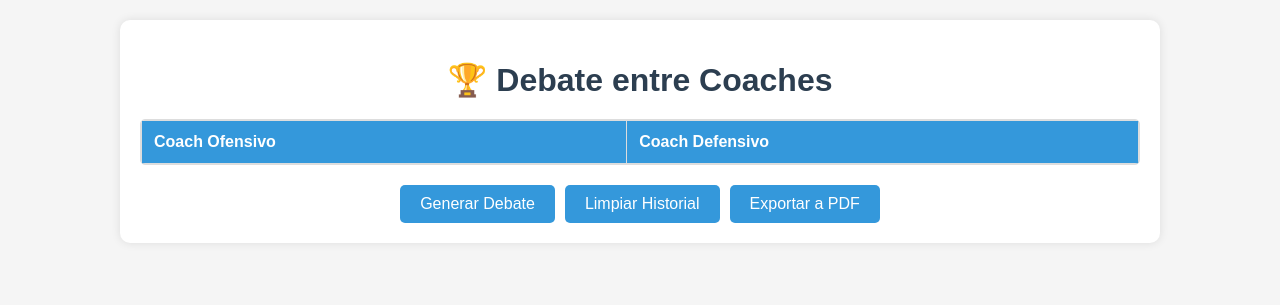
Repository: NelaDuran/DebateCrossFit
Page: index.html
An editor plug-in stored every save of this project. The page is shown before and after the next save, followed by the edit.
The browser window is 1280 px wide. The pictures show the whole page.

Above is the page before, as saved 2025-05-07 20:15:51.

### index.html
<!DOCTYPE html>
<html lang="es">

<head>
    <meta charset="UTF-8">
    <meta name="viewport" content="width=device-width, initial-scale=1.0">
    <title>Debate entre Coaches Deportivos | Gemini API</title>
    <link rel="stylesheet" href="styles.css">
</head>

<body>
    <div class="container">
        <h1>🏆 Debate entre Coaches</h1>

        <div class="debate-container">
            <table id="debate-table">
                <tr>
                    <th>Coach Ofensivo</th>
                    <th>Coach Defensivo</th>
                </tr>
                <!-- Las respuestas se agregarán aquí dinámicamente -->
            </table>
        </div>

        <div class="controls">
            <button id="btn-generar">Generar Debate</button>
            <button id="btn-limpiar">Limpiar Historial</button>
            <button id="btn-pdf">Exportar a PDF</button>
        </div>
    </div>

    <script src="script.js"></script>
</body>

</html>

### styles.css
body {
    font-family: 'Arial', sans-serif;
    background: #f5f5f5;
    margin: 0;
    padding: 20px;
}

.container {
    max-width: 1000px;
    margin: 0 auto;
    background: white;
    padding: 20px;
    border-radius: 10px;
    box-shadow: 0 0 10px rgba(0, 0, 0, 0.1);
}

h1 {
    color: #2c3e50;
    text-align: center;
    margin-bottom: 20px;
}

.debate-container {
    margin: 20px 0;
    border: 1px solid #ddd;
    border-radius: 5px;
    overflow: hidden;
}

#debate-table {
    width: 100%;
    border-collapse: collapse;
}

#debate-table th,
#debate-table td {
    padding: 12px;
    text-align: left;
    border: 1px solid #ddd;
}

#debate-table th {
    background-color: #3498db;
    color: white;
}

#debate-table tr:nth-child(even) {
    background-color: #f2f2f2;
}

.controls {
    display: flex;
    gap: 10px;
    justify-content: center;
}

button {
    padding: 10px 20px;
    background: #3498db;
    color: white;
    border: none;
    border-radius: 5px;
    cursor: pointer;
    font-size: 16px;
}

button:hover {
    background: #2980b9;
}

### script.js
document.getElementById('btn-generar').addEventListener('click', async () => {
    const debateTable = document.getElementById('debate-table');

    // Limpiamos filas anteriores (excepto cabecera)
    while (debateTable.rows.length > 1) {
        debateTable.deleteRow(1);
    }

    // Temas de debate para coaches
    const temas = [
        "¿Es mejor un enfoque ofensivo o defensivo en fútbol juvenil?",
        "¿Deben los jugadores especializarse en una posición desde jóvenes?",
        "¿Cuántas horas de entrenamiento son ideales para adolescentes?"
    ];

    for (const tema of temas) {
        // Simulamos debate con Gemini (en un caso real, llamarías a tu API)
        const respuestaOfensivo = await mockGeminiResponse(tema, "ofensivo");
        const respuestaDefensivo = await mockGeminiResponse(tema, "defensivo");

        // Añadimos filas al debate
        addDebateRow(tema, respuestaOfensivo, respuestaDefensivo);
    }
});

// Función mock para simular Gemini (reemplazar con llamada real a tu API)
async function mockGeminiResponse(tema, estilo) {
    const respuestas = {
        ofensivo: [
            "Como coach ofensivo, creo en la presión constante al rival. Ejemplo: el 'Gegenpressing' del Liverpool.",
            "La creatividad en ataque es clave. Jugadores como Messi demuestran que el riesgo vale la pena.",
            "Prefiero ganar 4-3 que empatar 0-0. El espectáculo atrae aficionados."
        ],
        defensivo: [
            "Una buena defensa gana campeonatos. Equipos como el Atlético de Madrid lo demuestran.",
            "Sin orden defensivo, no hay ataque efectivo. Primero hay que ser sólidos atrás.",
            "La paciencia es virtud. Un error defensivo puede costar el partido."
        ]
    };

    // Simulamos delay de API
    await new Promise(resolve => setTimeout(resolve, 800));
    return respuestas[estilo][Math.floor(Math.random() * respuestas[estilo].length)];
}

function addDebateRow(tema, respuestaOfensivo, respuestaDefensivo) {
    const row = document.getElementById('debate-table').insertRow();

    const cellTema = row.insertCell(0);
    const cellRespuesta = row.insertCell(1);

    cellTema.innerHTML = `<strong>Tema:</strong> ${tema}<br><br>${respuestaOfensivo}`;
    cellRespuesta.innerHTML = `<strong>Contrapunto:</strong><br><br>${respuestaDefensivo}`;
}

// Botones adicionales
document.getElementById('btn-limpiar').addEventListener('click', () => {
    const debateTable = document.getElementById('debate-table');
    while (debateTable.rows.length > 1) {
        debateTable.deleteRow(1);
    }
});

document.getElementById('btn-pdf').addEventListener('click', () => {
    alert("En una implementación real, esto exportaría a PDF usando librerías como jsPDF");
});

After the next save:
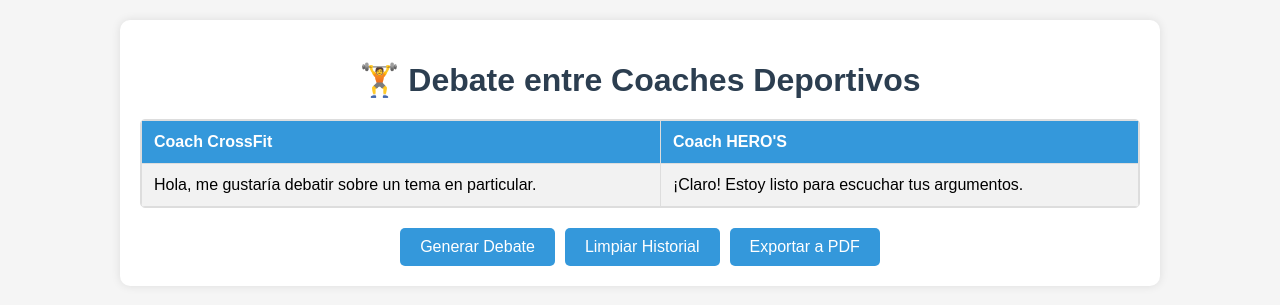
Saved 47 h 47 min later.
--- a/index.html
+++ b/index.html
@@ -1,24 +1,25 @@
 <!DOCTYPE html>
 <html lang="es">
-
 <head>
     <meta charset="UTF-8">
     <meta name="viewport" content="width=device-width, initial-scale=1.0">
-    <title>Debate entre Coaches Deportivos | Gemini API</title>
+    <title>Debate entre Coaches Deportivos | CrossFit vs HERO'S</title>
     <link rel="stylesheet" href="styles.css">
 </head>
-
 <body>
     <div class="container">
-        <h1>🏆 Debate entre Coaches</h1>
+        <h1>🏋️ Debate entre Coaches Deportivos</h1>
 
         <div class="debate-container">
             <table id="debate-table">
                 <tr>
-                    <th>Coach Ofensivo</th>
-                    <th>Coach Defensivo</th>
+                    <th>Coach CrossFit</th>
+                    <th>Coach HERO'S</th>
                 </tr>
-                <!-- Las respuestas se agregarán aquí dinámicamente -->
+                <tr>
+                    <td id="crossfit-message">Hola, me gustaría debatir sobre un tema en particular.</td>
+                    <td id="heros-message">¡Claro! Estoy listo para escuchar tus argumentos.</td>
+                </tr>
             </table>
         </div>
 
@@ -31,5 +32,4 @@
 
     <script src="script.js"></script>
 </body>
-
 </html>
